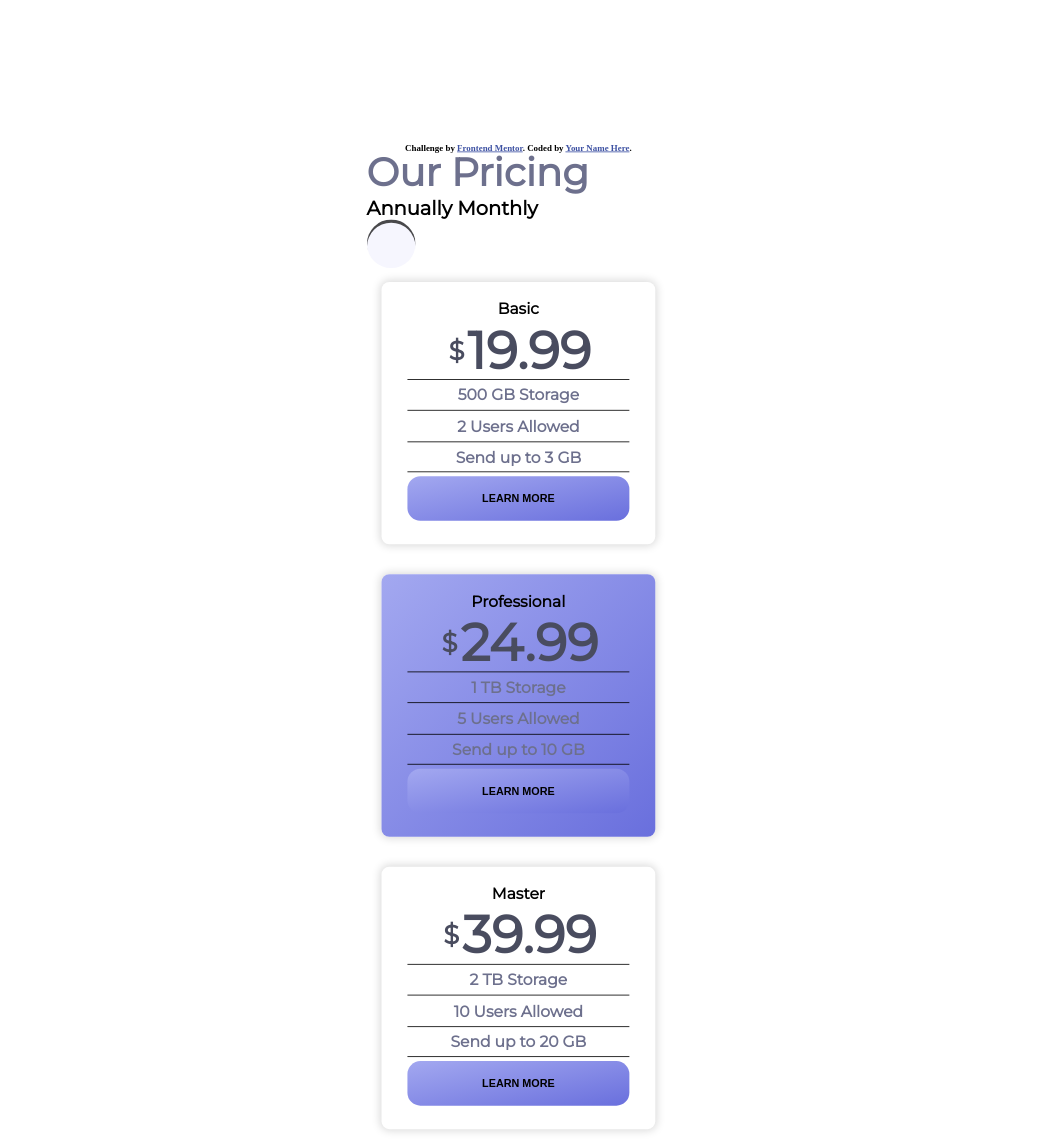
Repository: JuzzJoel/pricing-component-with-toggle-master
Page: index.html
An editor plug-in stored every save of this project. The page is shown before and after the next save, followed by the edit.
The browser window is 1280 px wide. The pictures show the whole page, at 81% of full size.

Above is the page before, as saved 2025-05-24 11:27:10.

After the next save:
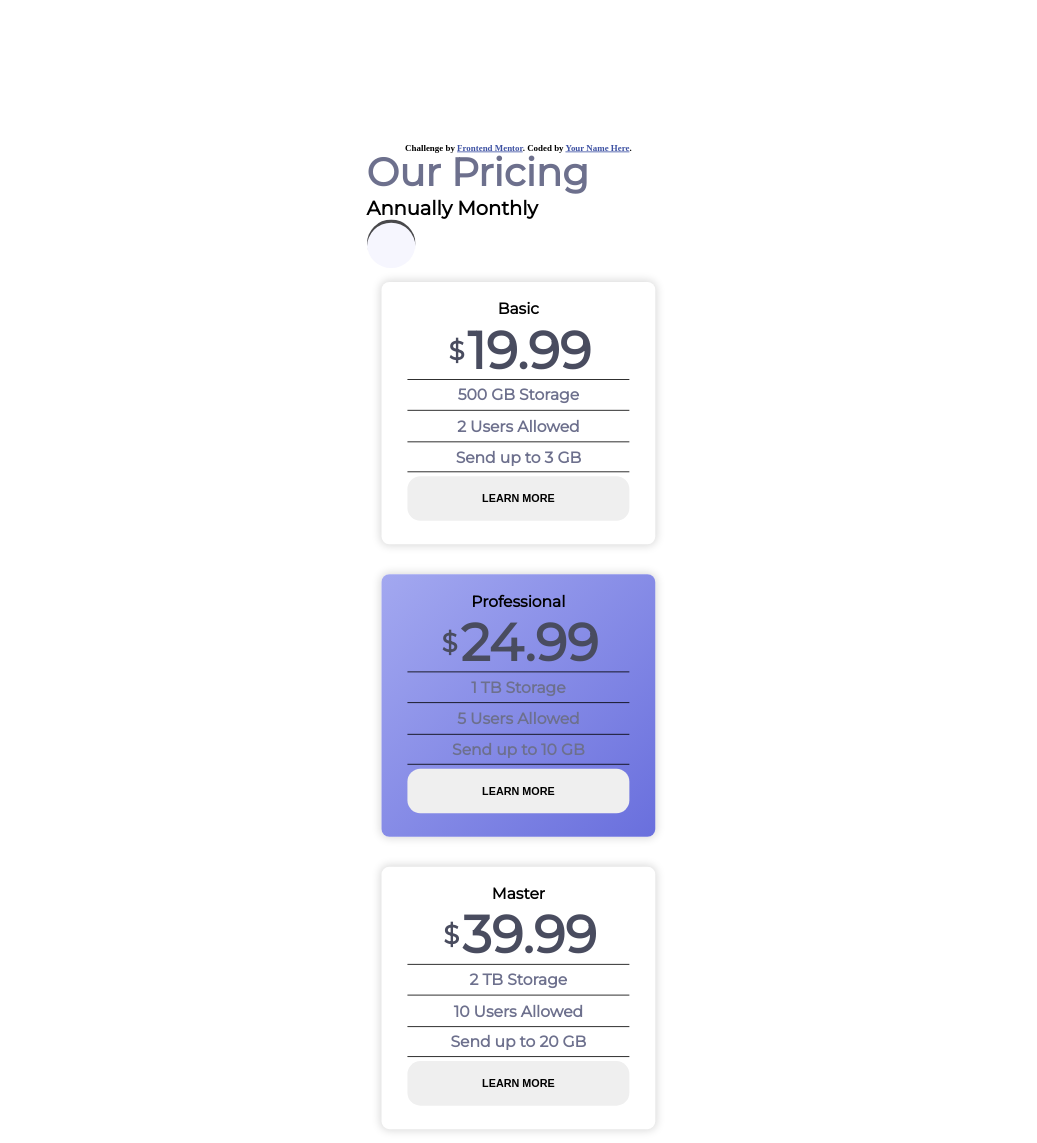
Saved 5 s later.
--- a/index.html
+++ b/index.html
@@ -187,9 +187,9 @@ font-size: 1.5rem;
     border: none;
     padding: 1.25rem 2.5rem;
     text-transform: uppercase;
-    colozzzzzzzzzr: white;
+    color: var(--linear-gradient);
     font-weight: 700;
-    background: var(--linear-gradient);
+    background: var(--);
   }
 
           @media(min-width:1440px){
